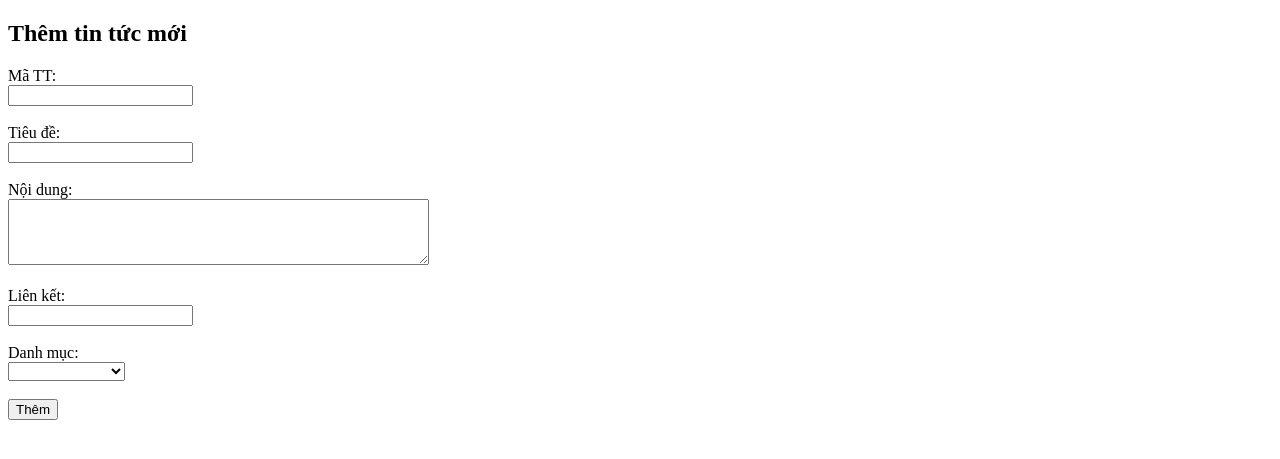
Repository: buikhacthang91042/Nam4_Ki1
Page: http://localhost/Tuan04_Bai3/TinTucForm.jsp
An editor plug-in stored every save of this project. The page is shown before and after the next save, followed by the edit.
The browser window is 1280 px wide. The pictures show the whole page.
The page is served by Tomcat 10. Nobody is signed in. The application's start-up code is not run. Other server files are loaded and not shown. The template is opened directly, without the code that normally fills it, so the values that code supplies are empty.

Above is the page before, as saved 2024-10-06 07:56:23.

### WWW/Tuan04/Tuan04_Bai3/src/main/webapp/TinTucForm.jsp
<%@ page language="java" contentType="text/html; charset=UTF-8"
    pageEncoding="UTF-8"%>
<!DOCTYPE html>
<html>
<head>
    <meta charset="UTF-8">
    <title>Thêm tin tức mới</title>
</head>
<body>
    <h2>Thêm tin tức mới</h2>

    <c:if test="${not empty errorMessage}">
        <div style="color: red;">
            <p>${errorMessage}</p>
        </div>
    </c:if>

    <form action="/Tuan04_Bai3/TinTucFormServlet" method="post">
        <label for="maTT">Mã TT:</label><br>
        <input type="text" id="maTT" name="maTT" value="${param.maTT}"><br><br>

        <label for="tieuDe">Tiêu đề:</label><br>
        <input type="text" id="tieuDe" name="tieuDe" value="${param.tieuDe}"><br><br>

        <label for="noiDung">Nội dung:</label><br>
        <textarea id="noiDung" name="noiDung" rows="4" cols="50">${param.noiDung}</textarea><br><br>

        <label for="lienKet">Liên kết:</label><br>
        <input type="text" id="lienKet" name="lienKet" value="${param.lienKet}"><br><br>

        <label for="danhMuc">Danh mục:</label><br>
        <select id="danhMuc" name="danhMuc">
            <option value="">Chọn danh mục</option>
            <c:forEach var="danhMuc" items="${danhMucList}">
                <option value="${danhMuc.maDM}" ${param.danhMuc == danhMuc.maDM ? 'selected' : ''}>
                    ${danhMuc.tenDanhMuc}
                </option>
            </c:forEach>
        </select><br><br>

        <input type="submit" value="Thêm">
    </form>
</body>
</html>

After the next save:
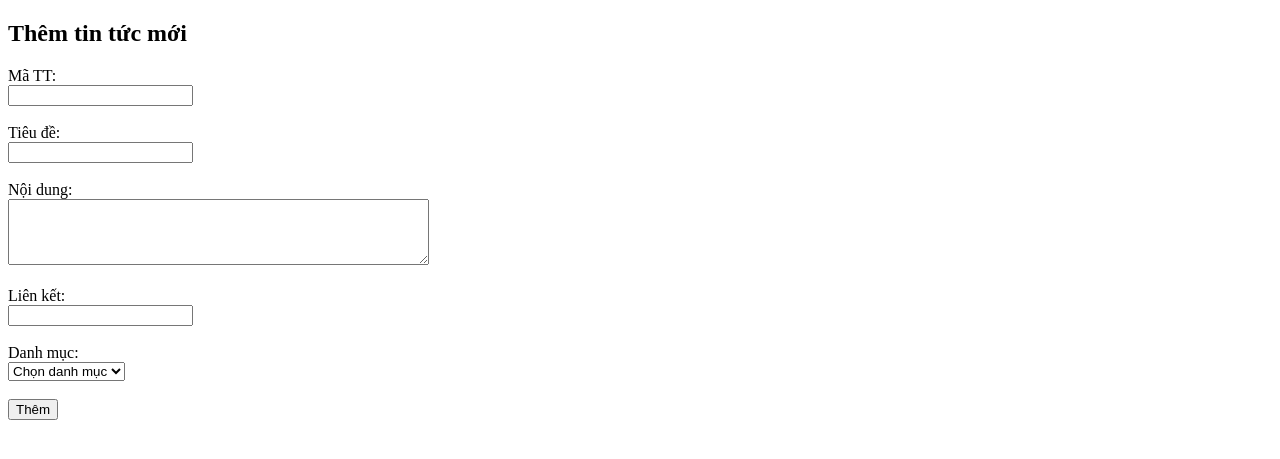
Saved 34 s later.
--- a/WWW/Tuan04/Tuan04_Bai3/src/main/webapp/TinTucForm.jsp
+++ b/WWW/Tuan04/Tuan04_Bai3/src/main/webapp/TinTucForm.jsp
@@ -1,5 +1,7 @@
 <%@ page language="java" contentType="text/html; charset=UTF-8"
     pageEncoding="UTF-8"%>
+    <%@ taglib uri="http://java.sun.com/jsp/jstl/functions" prefix="fn"%>
+<%@ taglib prefix="c" uri="jakarta.tags.core"%>
 <!DOCTYPE html>
 <html>
 <head>
